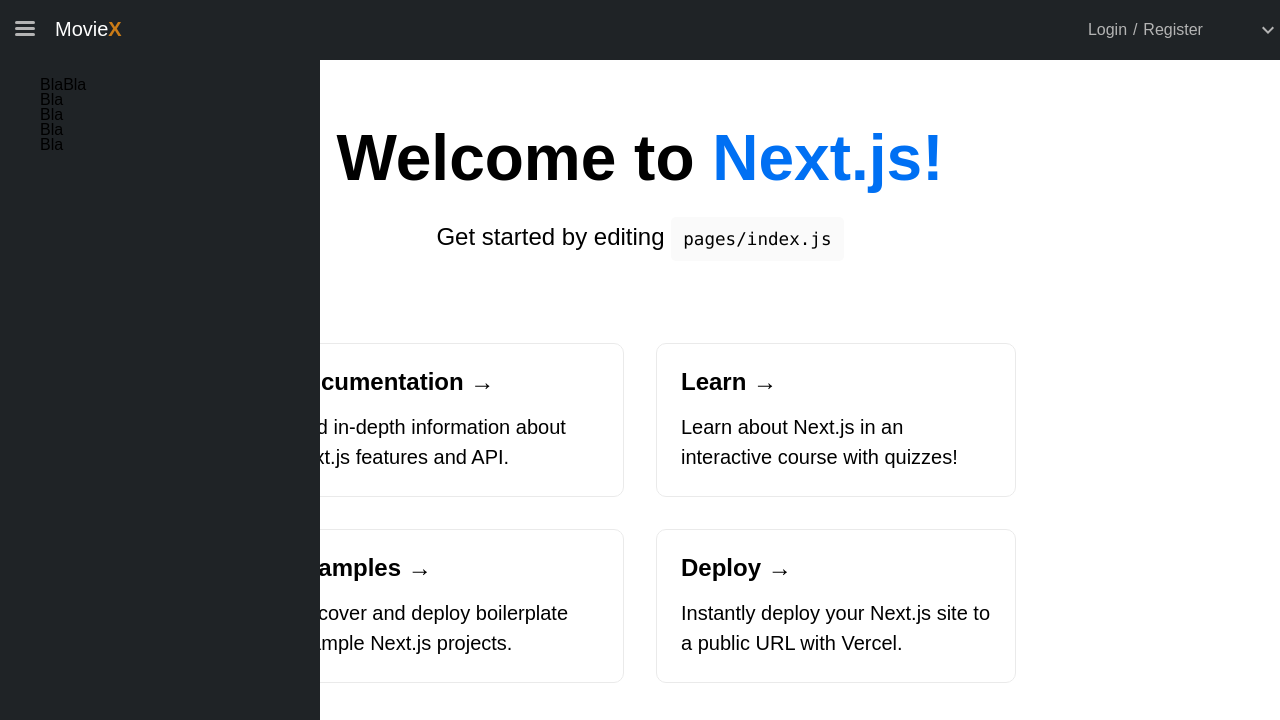
Repository: Amad-Mlinka/MovieTVBrowserNext
Page: /
An editor plug-in stored every save of this project. The page is shown before and after the next save, followed by the edit.
The browser window is 1280 px wide. The pictures show the whole page.
An inner scrolling area shows only its first screen. The project was rebuilt for these pictures with package versions that can differ from the ones it lists, and the page was loaded fresh each time. The framework's server and built-in components were replaced by stand-ins that run in the browser. Also part of the build but not shown: next.config.js.

Above is the page before, as saved 2021-08-02 23:12:13.

### pages/_app.js
import Layout from '../components/layout/Layout'
import '../styles/globals.scss'


function MyApp({ Component, pageProps }) {
  return (
    <Layout>
      <Component {...pageProps} />
    </Layout>


  )
}

export default MyApp

### components/layout/Layout.tsx
import React from 'react'
import Header from "../header/Header"

const Layout = ({children}) => {
    return (
        <>
        <Header/>
        <main>
            {children}
        </main>
        </>

    )
}

export default Layout

### styles/globals.scss
html, body {
  overflow-x: hidden;
  height: 100%;
}
body {
  background: #fff;
  padding: 0;
  margin: 0;
  font-family: 'Varela Round', sans-serif;
}

a {
  color: inherit;
  text-decoration: none;
}

* {
  box-sizing: border-box;
}

### styles/Home.module.scss
.container {
  min-height: 100vh;
  padding: 0 0.5rem;
  display: flex;
  flex-direction: column;
  justify-content: center;
  align-items: center;
  height: 100vh;
}

.main {
  padding: 5rem 0;
  flex: 1;
  display: flex;
  flex-direction: column;
  justify-content: center;
  align-items: center;
}

.footer {
  width: 100%;
  height: 100px;
  border-top: 1px solid #eaeaea;
  display: flex;
  justify-content: center;
  align-items: center;
}

.footer a {
  display: flex;
  justify-content: center;
  align-items: center;
  flex-grow: 1;
}

.title a {
  color: #0070f3;
  text-decoration: none;
}

.title a:hover,
.title a:focus,
.title a:active {
  text-decoration: underline;
}

.title {
  margin: 0;
  line-height: 1.15;
  font-size: 4rem;
}

.title,
.description {
  text-align: center;
}

.description {
  line-height: 1.5;
  font-size: 1.5rem;
}

.code {
  background: #fafafa;
  border-radius: 5px;
  padding: 0.75rem;
  font-size: 1.1rem;
  font-family: Menlo, Monaco, Lucida Console, Liberation Mono, DejaVu Sans Mono,
    Bitstream Vera Sans Mono, Courier New, monospace;
}

.grid {
  display: flex;
  align-items: center;
  justify-content: center;
  flex-wrap: wrap;
  max-width: 800px;
  margin-top: 3rem;
}

.card {
  margin: 1rem;
  padding: 1.5rem;
  text-align: left;
  color: inherit;
  text-decoration: none;
  border: 1px solid #eaeaea;
  border-radius: 10px;
  transition: color 0.15s ease, border-color 0.15s ease;
  width: 45%;
}

.card:hover,
.card:focus,
.card:active {
  color: #0070f3;
  border-color: #0070f3;
}

.card h2 {
  margin: 0 0 1rem 0;
  font-size: 1.5rem;
}

.card p {
  margin: 0;
  font-size: 1.25rem;
  line-height: 1.5;
}

.logo {
  height: 1em;
  margin-left: 0.5rem;
}

@media (max-width: 600px) {
  .grid {
    width: 100%;
    flex-direction: column;
  }
}

### components/header/Header.tsx
import React, { useState } from 'react'
import headerStyles from "../../styles/Header.module.scss"
import SearchIcon from '@material-ui/icons/Search';
import Avatar from '@material-ui/core/Avatar';
import KeyboardArrowDownIcon from '@material-ui/icons/KeyboardArrowDown';




const Header = () => {
    const [hamburger, setHamburger] = useState(false)
    const hamburgerToggle = () => {
        setHamburger(!hamburger);
    }
    return (
        <>
            <header className={headerStyles.header}>
                <div className={headerStyles.left}>
                    <div className={headerStyles.hamburgerLogo}>
                        <div className={headerStyles.hamburger} onClick={hamburgerToggle}>
                            <div className={`${headerStyles.spinner} ${headerStyles.diagonal} ${hamburger ? headerStyles.part1Active:""}`}></div>
                            <div className={`${headerStyles.spinner} ${headerStyles.horizontal} ${hamburger ? headerStyles.horizontalActive:""}`}></div>
                            <div className={`${headerStyles.spinner} ${headerStyles.diagonal} ${hamburger ? headerStyles.part2Active:""}`}></div>
                        </div>
                        <div data-end="X" className={headerStyles.logo}>
                            <span>Movie</span>
                        </div>
                    </div>

                    <div className={headerStyles.search}>
                        <div className={headerStyles.searchContainer}>
                            <SearchIcon className={headerStyles.searchIcon} />
                            <input type="search" name="searchBar" className={headerStyles.searchBar} ></input>
                        </div>

                    </div>
                </div>
                <div className={headerStyles.right}>
                <KeyboardArrowDownIcon className={headerStyles.expandButton}/>
                    <div className={headerStyles.profile}>
                        <div className={`${headerStyles.loggedIn} ${headerStyles.dNone}`}>

                            <Avatar className={headerStyles.avatar} alt="Amad Mlinaric"> AM </Avatar>
                        </div>
                        <div className={`${headerStyles.notLoggedIn}`}>
                            <div className={headerStyles.loginRegister}>
                                <div className={headerStyles.login}>
                                    <span>Login</span>
                                </div>
                                <span>/</span>
                                <div className={headerStyles.register}>
                                    <span>Register</span>
                                </div>
                            </div>
                        </div>
                    </div>
                </div>

            </header>
            <div className={headerStyles.sidebar}>
                <div className={headerStyles.sidebarMenu}>
                    <ul className={headerStyles.sidebarList}>
                        <li className={headerStyles.sidebarLink}>BlaBla</li>
                        <li className={headerStyles.sidebarLink}>Bla</li>
                        <li className={headerStyles.sidebarLink}>Bla</li>
                        <li className={headerStyles.sidebarLink}>Bla</li>
                        <li className={headerStyles.sidebarLink}>Bla</li>
                    </ul>
                </div>

            </div>

        </>

    )
}

export default Header

### styles/Header.module.scss
@import "variables.scss";
@import "general.scss";
//***************************Header***************************//

.header {
    display: flex;
    flex-direction: row;
    justify-content: space-between;
    position: relative;
    top: 0;
    left: 0;
    width: 100%;
    background: $base-color;
    height: 60px;
}
.header {
    display: flex;
    flex-direction: row;
    justify-content: space-between;
    position: relative;
    top: 0;
    left: 0;
    width: 100%;
    background: $base-color;
    height: 60px;
}
.left {
    display: flex;
    flex-direction: row;
    width: 50%;
    justify-content: flex-start;
    align-items: center;
    height: 100%;
}
.hamburgerLogo {
    display: flex;
    flex-direction: row;
}
.hamburger {
    box-sizing: border-box;
    cursor: pointer;
    z-index: 99;
    height: 25px;
    width: 25px;
    margin: 0px 15px;
}
.spinner {
    box-sizing: border-box;
    position: absolute;
    height: 3px;
    width: 20px;
    background-color: #b4b4b4;
    border-radius: 5px;
    margin-top: 3px;
}
.horizontal {
    box-sizing: border-box;
    position: relative;
    transition: all ease-out 0.3s;
}
.horizontalActive{
    display: none;
}
.diagonal {
    box-sizing: border-box;
    position: relative;
    transition: all ease-out 0.3s;
}
.part1Active{
    transform: rotate(
        45deg
        );
        top: 4px;

}
.part2Active{
    transform: rotate(
        315deg
        );
    bottom: 2px;
}
.logo {
    &::after {
        content: "X";
        color: $secondary-color;
        font-weight: bolder;
        font-size: 20px;
    }
    span{
        display: none;
    }
    font-size: 20px;
    color: white;

}
.search {
    position: absolute;
    left: 0;
    top: 60px;
    background: $base-color;
    width: 100%;
    display: flex;
    flex-direction: column;
    justify-content: center;
    align-items: center;

}
.searchContainer{
    width: 80%;
    display: none;
}
.searchIcon {
    position: absolute;
    margin: 10px 15px;
    color: #b4b4b4;
    height: 20px;
}

.searchBar {
    width: 100%;
    background: #303437;
    border: 0;
    height: 40px;
    border-radius: 5px;
    padding-left: 45px;
    caret-color: black;
    transition: background 0.3s ease-in-out;
    margin-bottom: 20px;
    &:focus {
        background: white;
        outline: none;
    }
}
.right{
    height: 100%;
    display: flex;
    flex-direction: row-reverse;
    align-items: center;
    width: 50%;
}
.expandButton{
    font-size: 40px;
    color: $tertiary-color;

}
.profile{
    display: flex;
    flex-direction: row;
    justify-content:flex-start;
   .loggedIn{
       display: flex;
   }
    .notLoggedIn{
        .loginRegister{
            display: flex;
            flex-direction: row;
            justify-content: space-between;
            color: #b4b4b4;
            width: 115px;
            margin-right: 10px;
        }

    }
}

@include breakpoint(min-tablet){


    .header {
        display: flex;
        flex-direction: row;
        justify-content: space-between;
        position: relative;
        top: 0;
        left: 0;
        width: 100%;
        background: $base-color;
        height: 60px;
    }
    .left {
        display: flex;
        flex-direction: row;
        width: 50%;
        justify-content: flex-start;
        align-items: center;
        height: 100%;
    }
    .logo {
        font-size: 20px;
        color: white;
        span{
            display: inline;
        }
        &::after {
            content: attr(data-end);
            color: $secondary-color;
            font-weight: bolder;
        }
    }
    .search {
        position: relative;
        margin-left: 10px;
        top: 0;
        left: 0;
    }

    .expandButton{
        display: none;
    }
    .searchIcon {
        position: absolute;
        margin: 10px 15px;
        color: #b4b4b4;
        height: 20px;
    }

    .searchBar {
        width: 250px;
        background: #303437;
        border: 0;
        height: 40px;
        border-radius: 5px;
        padding-left: 45px;
        caret-color: black;
        transition: background 0.3s ease-in-out;
        margin: 0;
        &:focus {
            background: white;
            outline: none;
        }
    }
    .right{
        height: 100%;
        display: flex;
        flex-direction: row-reverse;
        align-items: center;
        width: 50%;
    }
    .profile{
        display: flex;
        flex-direction: row;
        width: 33%;
        justify-content: center;
        .loggedIn{
            .avatar{
                margin-left: 45px;
            }
        }
        .notLoggedIn{
            .loginRegister{
                display: flex;
                flex-direction: row;
                justify-content: space-between;
                color: #b4b4b4;
                width: 115px;
            }

        }
    }


}

//****************************/Header/***************************//
//***************************Sidebar***************************//

.sidebar{
    position: fixed;
    width: 25%;
    height: 100%;
    background: $base-color;
    display: flex;
    flex-direction: column;
}

.sidebarMenu{
    height: 60%;
}

.sidebarList{
    list-style-type: none;
}

.sidebarLink{
    height: 15px;
}

### styles/variables.scss
$base-color:#1f2326;
$secondary-color:#cb7c17;
$tertiary-color:#b4b4b4;

@mixin breakpoint($point) {
    @if $point == min-desktop {
      @media (min-width: 993px) { @content ; }
   }
    @else if $point == min-laptop {
      @media (min-width: 769px) { @content ; }
   }
     @else if $point == min-tablet {
      @media (min-width: 593px) { @content ; }
   }
   @else if $point == min-mobile {
      @media (min-width: 0px)  { @content ; }

   }@else if $point == max-desktop {
      @media (max-width: 1200px) { @content ; }

   }@else if $point == max-laptop {
      @media (max-width: 992px) { @content ; }
   }
     @else if $point == max-tablet {
      @media (max-width: 768px) { @content ; }
   }
   @else if $point == max-mobile {
      @media (max-width: 592px)  { @content ; }

   }
 }

### styles/general.scss
.dNone{
    display: none !important;
}
.dBlock{
    display: block !important;
}

Loaded but not shown: pages/index.js (common file)

After the next save:
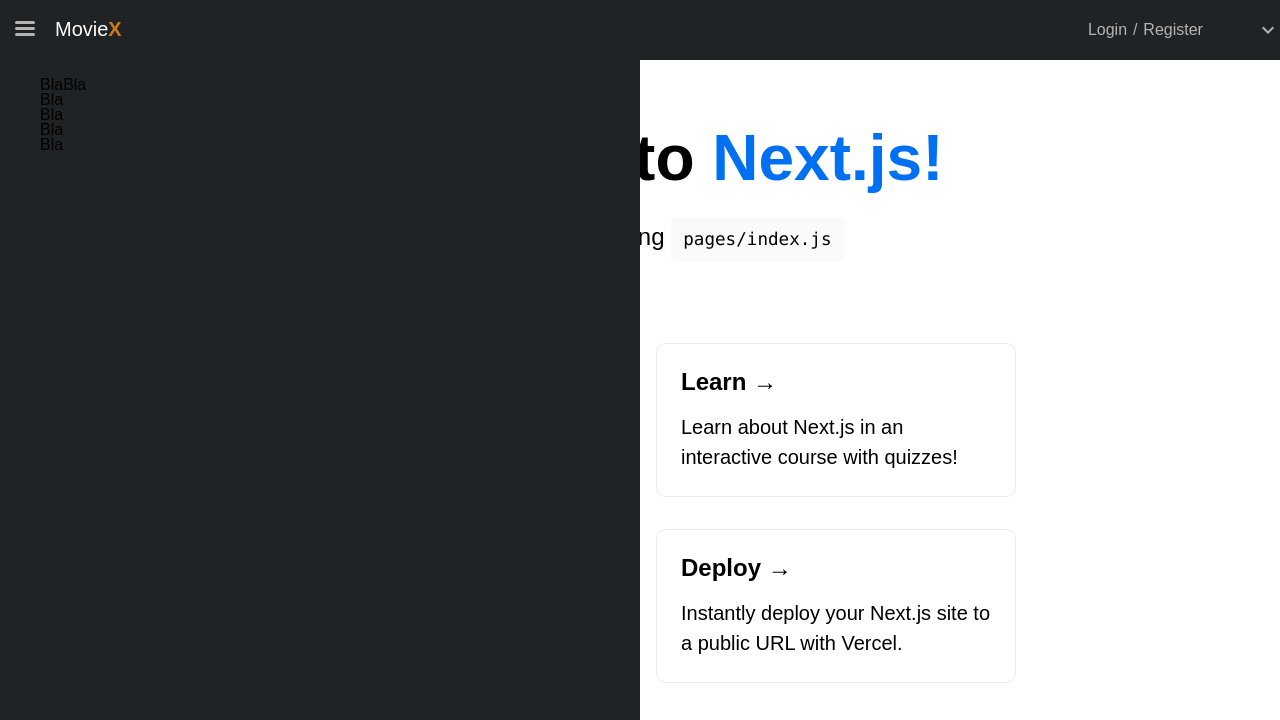
Saved 34 s later.
--- a/styles/Header.module.scss
+++ b/styles/Header.module.scss
@@ -266,7 +266,7 @@
 
 .sidebar{
     position: fixed;
-    width: 25%;
+    width: 50%;
     height: 100%;
     background: $base-color;
     display: flex;
